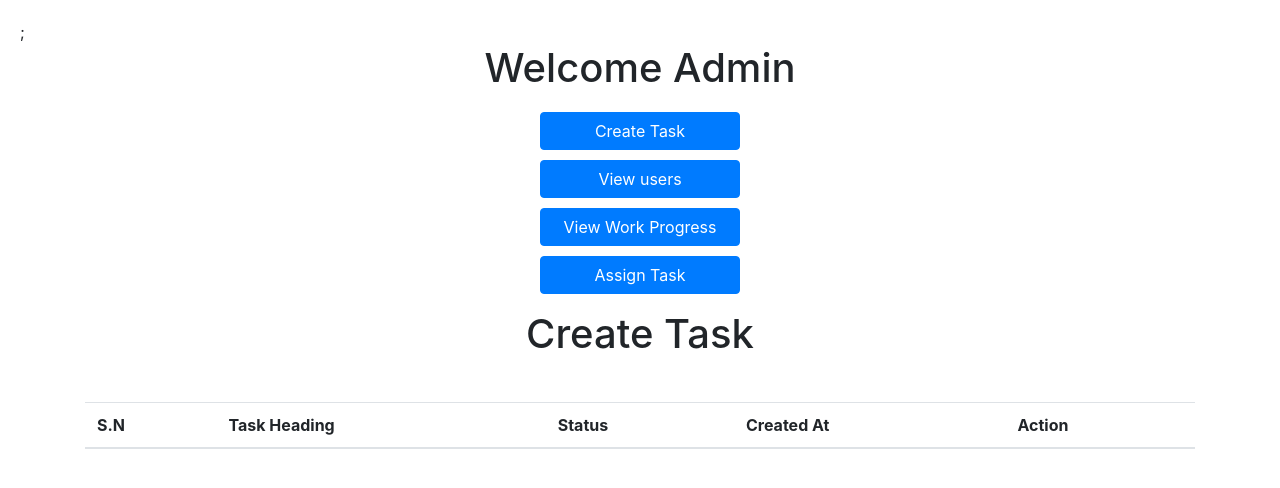
Repository: neha-rouniyar/taskmgmt
Page: http://localhost/admin/create-task
These files come from the project's save history. The page is drawn as it stood at one moment and after the next save; the edit follows.
The browser window is 1280 px wide. The pictures show the whole page.
Some web libraries are served in a nearby version. The page is served by the project's Laravel application, run on PHP 8.4 with Laravel 10. Queries for data that is not in the repository find no rows.

Above is the page before, as saved 2023-12-16 11:59:44.

After the next save:
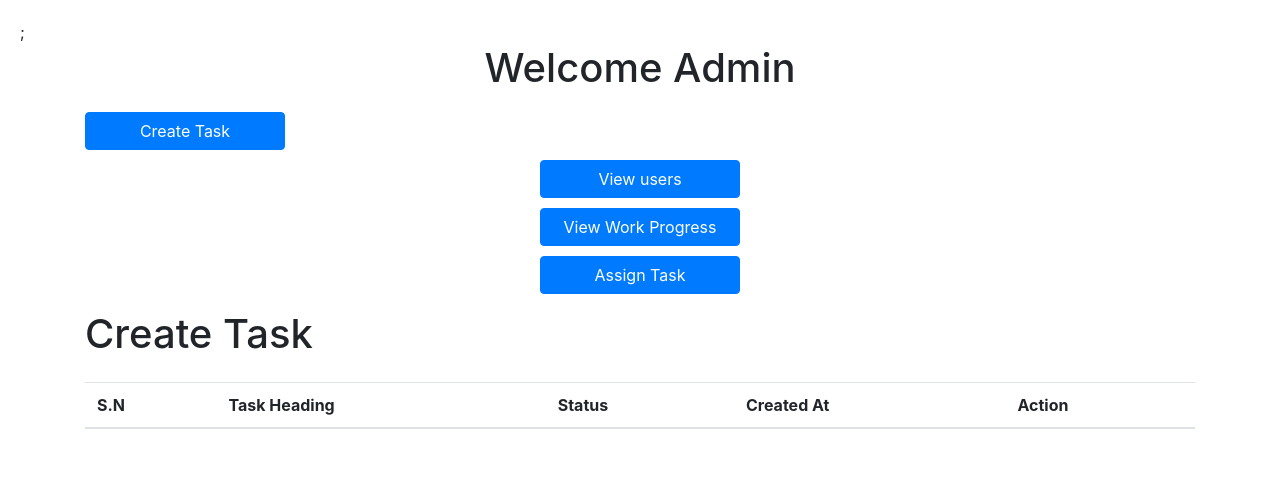
Saved 4 s later.
--- a/resources/views/admin/task/create.blade.php
+++ b/resources/views/admin/task/create.blade.php
@@ -1,6 +1,6 @@
 @extends('admin.dashboard');
 @section('admin-content')
-<style>
+{{-- <style>
   .form-group {
       margin-bottom: 20px;
   }
@@ -40,7 +40,7 @@
   form {
       width: 50%; /* Adjust the width as needed */
   }
-</style>
+</style> --}}
 <div class="container">
     <h1>Create Task</h1>
     @if (session('success'))

After the 3 saves that followed:
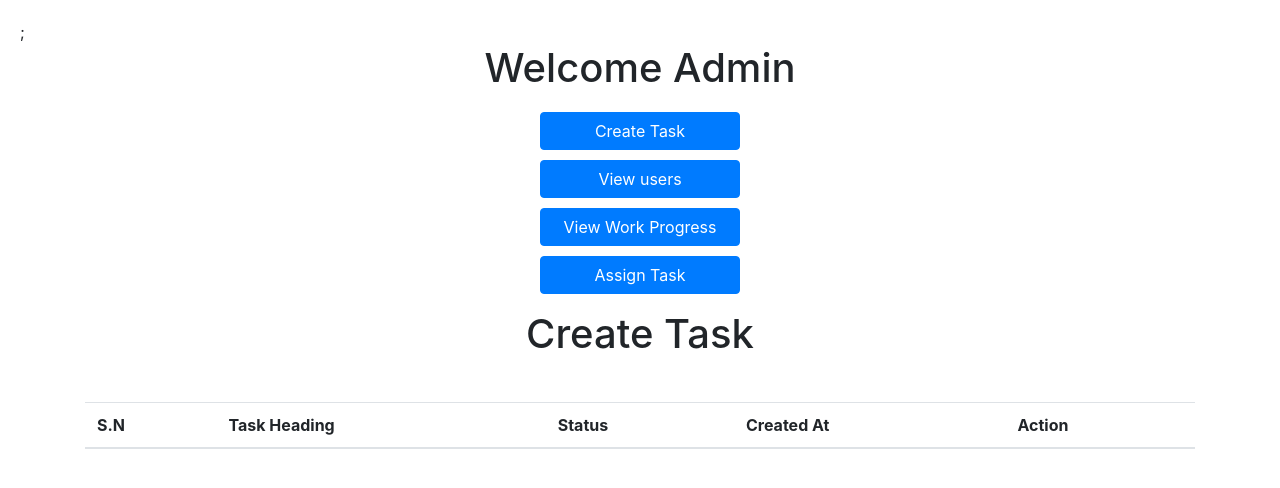
The 3 saves are shown as one change because they came seconds apart.
The last was saved 24 s later.
--- a/resources/views/admin/task/create.blade.php
+++ b/resources/views/admin/task/create.blade.php
@@ -1,6 +1,6 @@
 @extends('admin.dashboard');
 @section('admin-content')
-{{-- <style>
+<style>
   .form-group {
       margin-bottom: 20px;
   }
@@ -40,7 +40,7 @@
   form {
       width: 50%; /* Adjust the width as needed */
   }
-</style> --}}
+</style>
 <div class="container">
     <h1>Create Task</h1>
     @if (session('success'))
